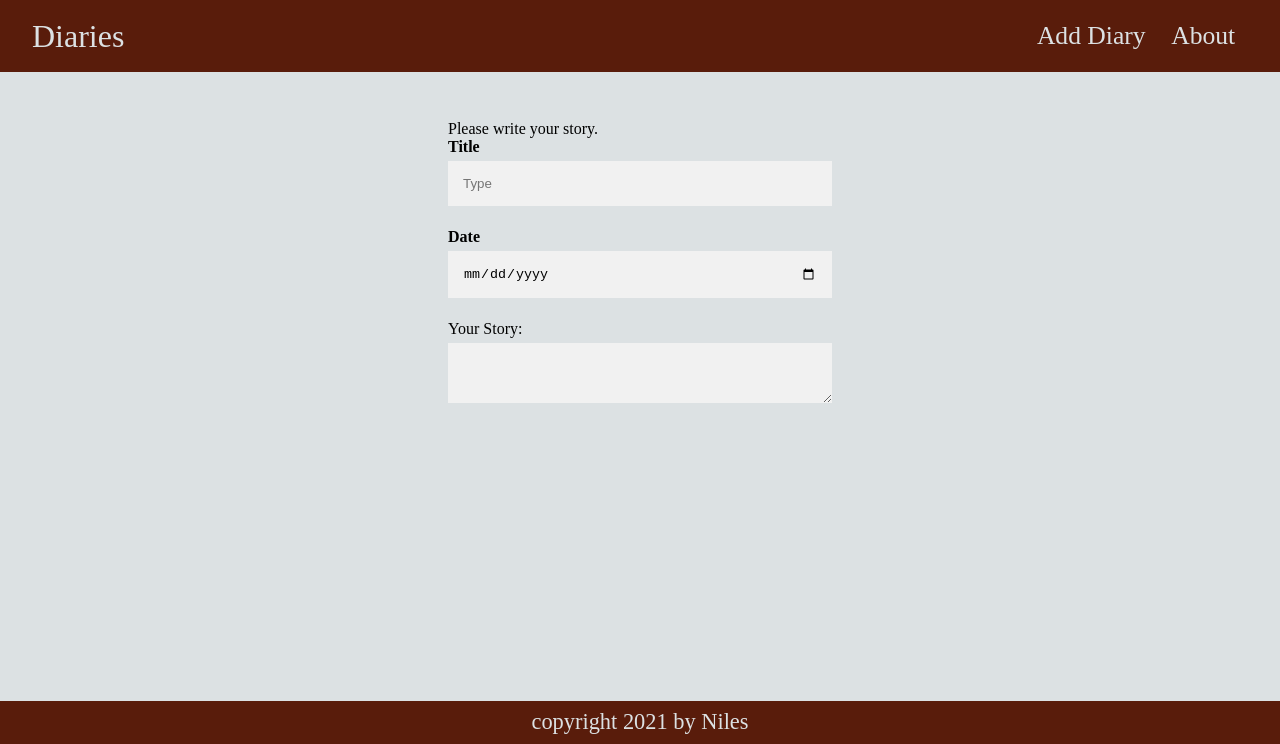
Repository: Tun-Dev/mydiary
Page: /AddDiary
An editor plug-in stored every save of this project. The page is shown before and after the next save, followed by the edit.
The browser window is 1280 px wide. The pictures show the whole page.
The project was rebuilt for these pictures with package versions that can differ from the ones it lists, and the page was loaded fresh each time. Also part of the build but not shown: src/useFetch.js, src/Components/Diary.js, src/Components/DiaryHome.js, src/Components/About.js.

Above is the page before, as saved 2021-05-12 14:49:14.

After the next save:
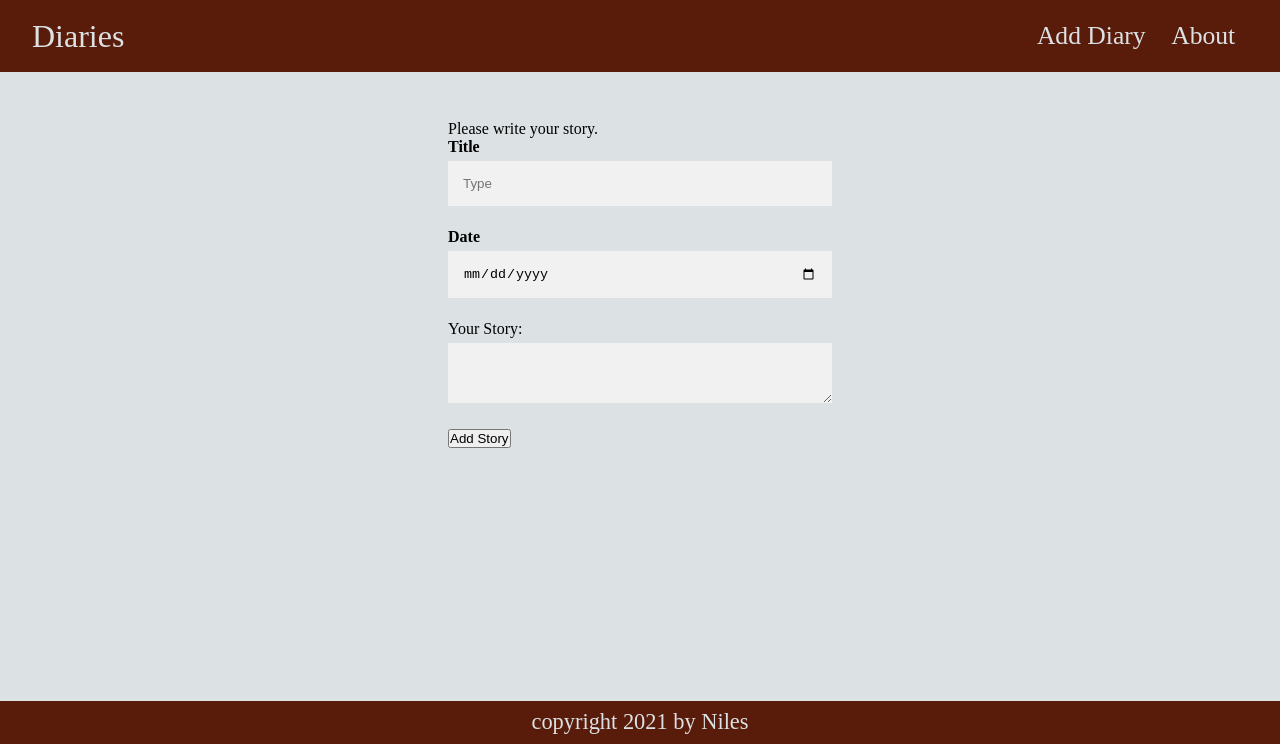
Saved 3 min 21 s later.
--- a/src/Components/AddDiary.js
+++ b/src/Components/AddDiary.js
@@ -25,6 +25,10 @@ const AddDiary = () => {
               <label>Your Story: <textarea value={message} col="50" row="30" ></textarea></label>
               </div>
 
+              <div>
+              <button className="btn">Add Story</button>
+              </div>
+
                </div>
             </form>
         </Add>
@@ -44,9 +48,9 @@ input[type=text]:focus, input[type=password]:focus {
   background-color: #ddd;
   outline: none;
 //   btn
-.registerbtn {
-  background-color: #04AA6D;
-  color: white;
+.btn {
+  background-color: #591c0b;
+  color: #dce1e3;
   padding: 16px 20px;
   margin: 8px 0;
   border: none;
@@ -55,7 +59,7 @@ input[type=text]:focus, input[type=password]:focus {
   opacity: 0.9;
 }
 
-.registerbtn:hover {
+.btn:hover {
   opacity:1;
 `
 export default AddDiary;
